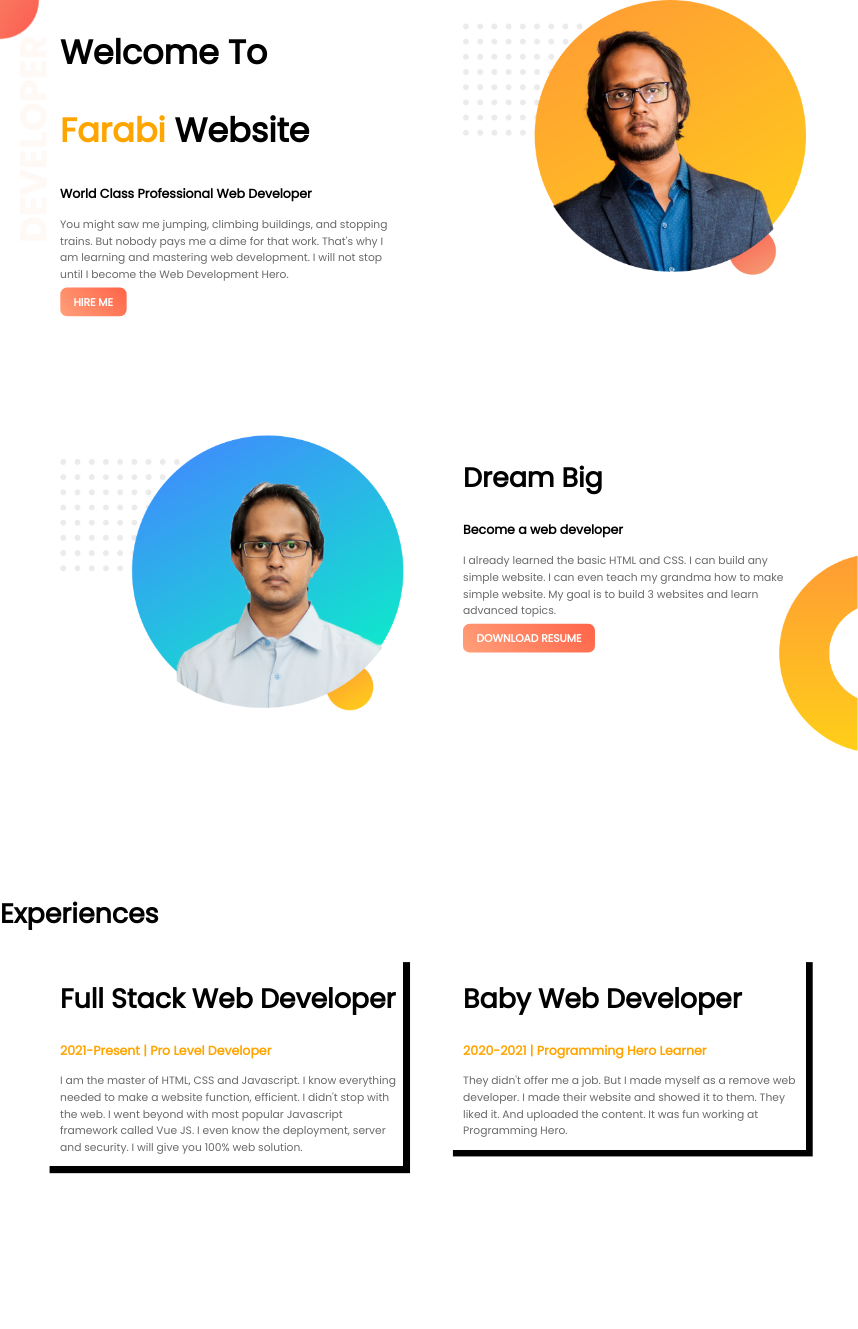
Repository: mohsinfarabi/web-portfolio
Page: index.html
These files come from the project's save history. The page is drawn as it stood at one moment and after the next save; the edit follows.
The browser window is 1280 px wide. The pictures show the whole page, at 67% of full size.

Above is the page before, as saved 2020-06-30 23:53:19.

### index.html
<!DOCTYPE html>
<html lang="en">

<head>
    <meta charset="UTF-8">
    <meta name="viewport" content="width=device-width, initial-scale=1.0">
    <link href="https://fonts.googleapis.com/css2?family=Poppins" rel="stylesheet">
    <title>Farabi Web Developer</title>
    <link rel="stylesheet" href="style.css">
</head>

<body>
    <section class="top-banner">
        <div class="half-width">
            <h1>Welcome To</h1>
            <h1><span class="orange-highlight">Farabi</span> Website</h1>
            <h3>World Class Professional Web Developer</h3>
            <p>You might saw me jumping, climbing buildings, and stopping trains. But nobody pays me a dime for that work. That's why I am learning and mastering web development. I will not stop until I become the Web Development Hero.</p>
            <a class="link-button" target="_blank" href="https://www.linkedin.com/in/mohsin-farabi-68655040/">HIRE ME</a>
        </div>
        <div class="half-width">
            <img src="images/profile1.png" alt="">
        </div>
    </section>
    <section class="dream-area">
        <div class="half-width">
            <img src="images/profile2.png" alt="">
        </div>
        <div class="half-width">
            <h2>Dream Big</h2>
            <h3>Become a web developer</h3>
            <p>I already learned the basic HTML and CSS. I can build any simple website. I can even teach my grandma how to make simple website. My goal is to build 3 websites and learn advanced topics.</p>
            <a class="link-button" target="_blank" href="https://www.facebook.com/farabi.mohsin">DOWNLOAD RESUME</a>
        </div>

    </section>
    <section class="experience-area">
        <h2>Experiences</h2>
        <div class="half-width single-experience">
            <h2>Full Stack Web Developer</h2>
            <h3 class="orange-highlight">2021-Present | Pro Level Developer</h3>
            <p>I am the master of HTML, CSS and Javascript. I know everything needed to make a website function, efficient. I didn't stop with the web. I went beyond with most popular Javascript framework called Vue JS. I even know the deployment, server
                and security. I will give you 100% web solution.</p>
        </div>
        <div class="half-width single-experience">
            <h2>Baby Web Developer</h2>
            <h3 class="orange-highlight">2020-2021 | Programming Hero Learner</h3>
            <p>They didn't offer me a job. But I made myself as a remove web developer. I made their website and showed it to them. They liked it. And uploaded the content. It was fun working at Programming Hero.</p>
        </div>
        </div>
    </section>
</body>

</html>

### style.css
body {
    margin: 0;
    font-family: 'Poppins', sans-serif;
}

h1 {
    font-size: 50px;
}

h2 {
    font-size: 40px;
}

p {
    color: dimgray;
}

.orange-highlight {
    color: orange;
}

.half-width {
    width: 40%;
    float: left;
    margin-left: 5%;
    padding-left: 2%;
}

.half-width img {
    width: 100%;
}

.top-banner {
    background-image: url(images/top-banner.png);
    background-repeat: no-repeat;
}

.dream-area {
    background-image: url(images/dream-bg.png);
    background-repeat: no-repeat;
    background-position: right;
}

section {
    height: 500px;
    padding-bottom: 150px;
}

.link-button {
    text-decoration: none;
    background-image: linear-gradient(45deg, lightSalmon, tomato);
    padding: 10px 20px;
    border-radius: 10px;
    color: white;
    font-weight: 700;
}

.single-experience {
    box-shadow: 10px 10px;
}

After the next save:
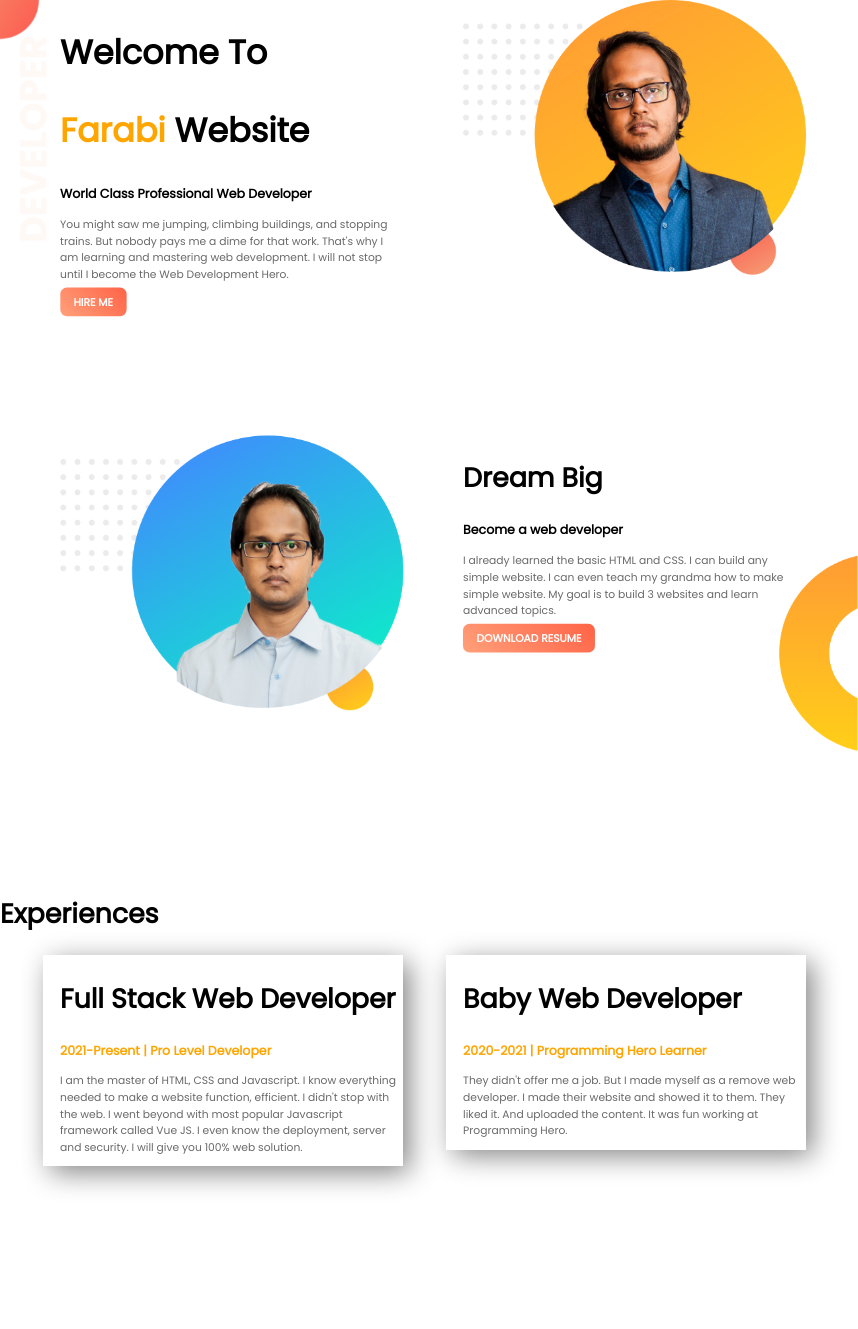
Saved 28 s later.
--- a/style.css
+++ b/style.css
@@ -56,5 +56,5 @@ section {
 }
 
 .single-experience {
-    box-shadow: 10px 10px;
+    box-shadow: 10px 10px 40px gray;
 }
